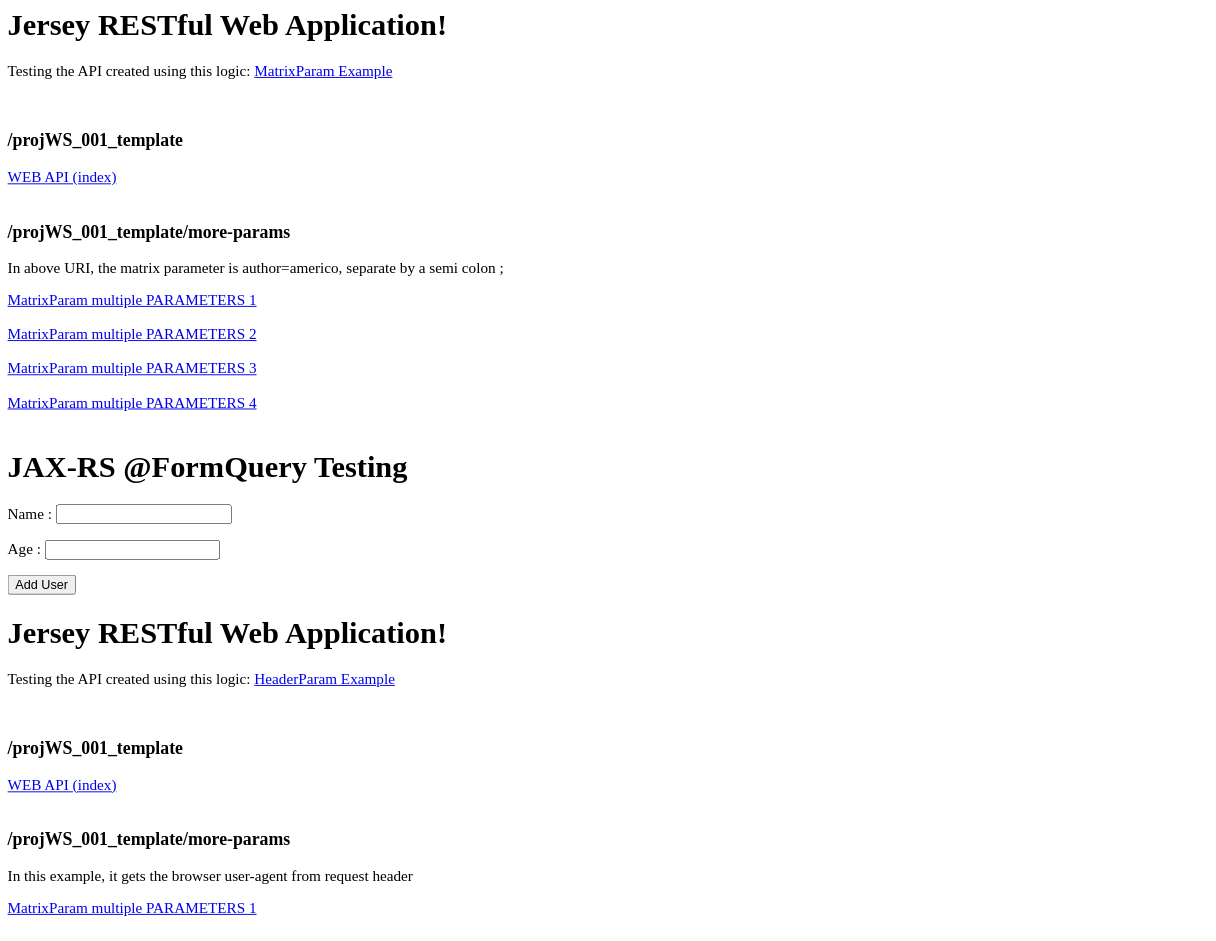
Repository: atafs/BackEnd_JAX-RS_REST_2continue
Page: http://localhost/projWS_001_template/
The author's editor kept a copy of each file at every save. The page is drawn from the files as they stood at one save, then again after the next save.
The browser window is 1280 px wide. The pictures show the whole page, at 95% of full size.
The page is served by Tomcat 9.

Above is the page before, as saved 2016-05-02 16:43:00.

After the next save:
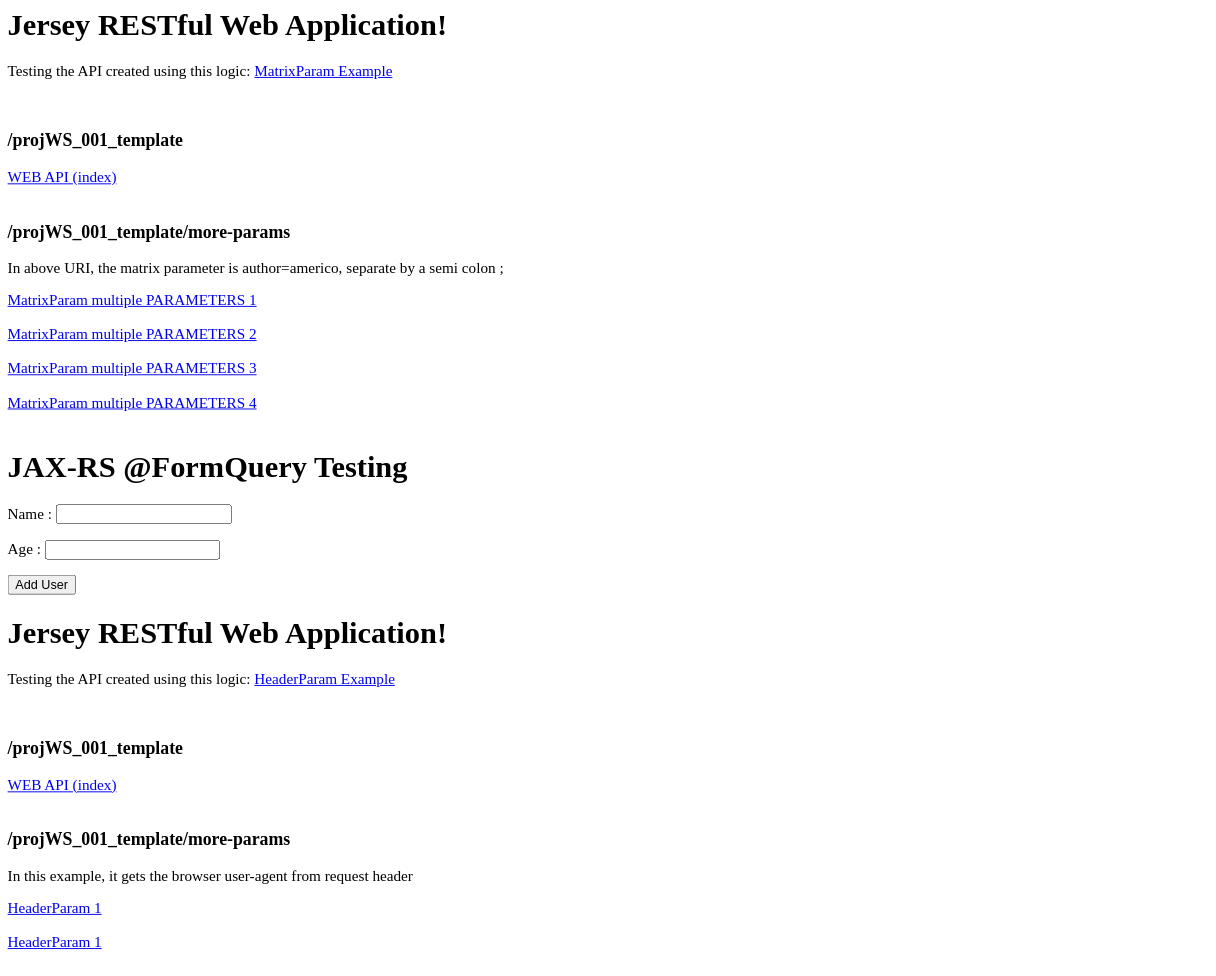
Saved 45 s later.
--- a/projWS_001_template/src/main/webapp/index.jsp
+++ b/projWS_001_template/src/main/webapp/index.jsp
@@ -49,7 +49,8 @@
 
 	<h3>/projWS_001_template/more-params</h3>
 	<p>In this example, it gets the browser user-agent from request header</p>
-	<a href="http://localhost:8085/projWS_001_template/americolib/ws/2011/">MatrixParam multiple PARAMETERS 1</a><br/><br/>
+	<a href="http://localhost:8085/projWS_001_template/americolib/ws/get1/">HeaderParam 1</a><br/><br/>
+	<a href="http://localhost:8085/projWS_001_template/americolib/ws/get2/">HeaderParam 1</a><br/><br/>
 
 
 
